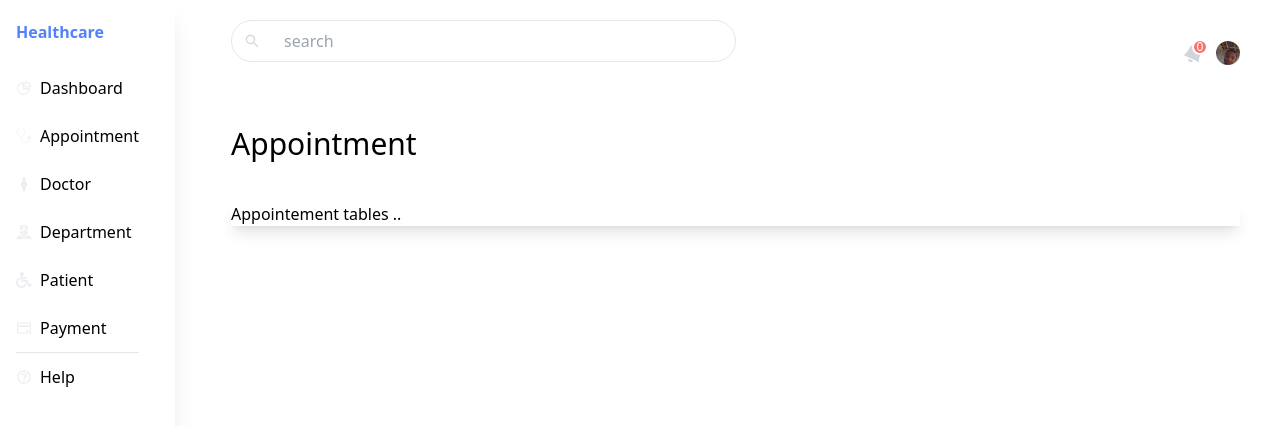
Repository: hisreal123/healthcare-dashboard
Page: /appointment
These files come from the project's save history. The page is drawn as it stood at one moment and after the next save; the edit follows.
The browser window is 1280 px wide. The pictures show the whole page.
The project was rebuilt for these pictures with package versions that can differ from the ones it lists, and the page was loaded fresh each time. Also part of the build but not shown: vite.config.ts, src/routes/Error.tsx, src/views/Dashboard.tsx, src/views/Doctor.tsx, src/views/Department.tsx, components/tables/PatientsTable.tsx, src/views/Patient.tsx, src/views/Payment.tsx and 1 more.

Above is the page before, as saved 2023-05-05 19:31:24.

### src/main.tsx
import React from 'react'
import ReactDOM from 'react-dom/client'
import App from './App.tsx'
import './index.css'


ReactDOM.createRoot(document.getElementById('root') as HTMLElement).render(
  <React.StrictMode>
    <App />
  </React.StrictMode>,
)

### src/App.tsx
import React from "react"
import {
  createBrowserRouter,
  RouterProvider,
} from "react-router-dom";
import Navigation from "../components/Navigation";
import Error from "./routes/Error";
import Dashboard from "./views/Dashboard";
import Appointment from "./views/Appointment";
import Doctor from "./views/Doctor";
import Department from "./views/Department";
import Patient from "./views/Patient";
import Payment from "./views/Payment";
import Help from "./views/Help";
import { Provider } from "react-redux";
import store from '../redux/store';

const router = createBrowserRouter([
  {
    path: "/",
    element: <Navigation />,
    errorElement: <Error />,

    children: [
      {
        path: "/dashboard",
        element: <Dashboard />,
      },
      {
        path: "/appointment",
        element: <Appointment />,
      },
      {
        path: "/doctor",
        element: <Doctor />,
      },
      {
        path: "/department",
        element: <Department />,
      },
      {
        path: "/patient",
        element: <Patient />,
      },
      {
        path: "/payment",
        element: <Payment />,
      },
      {
        path: "/help",
        element: <Help />,
      },
    ]

  }
]);



function App() {
  return (
    <Provider store={store}>
      <RouterProvider router={router} />
    </Provider>
  )
}

export default App

### components/Navigation.tsx
import { Outlet } from "react-router-dom";
import { list } from "../src/data/Links";

export default function Navigation() {

    return (
        <>
            <section className="flex space-x-4">
                <div id="sidebar" className="  h-screen shadow-xl group">
                    <div className="px-4 ">

                        {/* logo */}
                        <div >
                            <h1 className="py-5 text-[#5282FB] font-bold">Healthcare</h1>
                        </div>

                        {/* nav */}
                        <nav className="relative pr-5 ">
                            <ul className="relative">
                                {list.map((list, index) => {
                                    return (
                                        <li key={index} className="flex space-x-2 items-center py-3 last:border-t ">
                                            <span className="text-gray-200/70 text-md ">{list.icon}</span>
                                            <a href={`./${list.link}`} className="focus:text-[#5282FB] ">{list.name}</a>
                                        </li>
                                    )
                                })}
                            </ul>
                        </nav>
                    </div>
                </div>
                <div id="detail" className="relative w-full"><Outlet /></div>
            </section>
        </>
    );
}

### src/views/Appointment.tsx
import React from 'react'
import ProfileHeader from '../../components/holders/ProfileHeader'
import AppointmentTable from '../../components/tables/AppointementTable'

function Appointment() {
    return (
        <>
            <section
                className=" px-10 pt-5 w-full relative">
                <ProfileHeader />

                <main className="div mt-10">
                    <h1 className='lg:text-3xl'> Appointment</h1>
                    <AppointmentTable  />
                </main>
            </section>
        </>
    )
}

export default Appointment

### redux/store.js
import { configureStore } from "@reduxjs/toolkit";
import AppointmentReducer from "./slices/Appointment";
import patientsReducer from "./slices/Patient";



const store = configureStore({
    reducer : {
        appointments:  AppointmentReducer,
        patients:  patientsReducer,
    }
})


export default store

### src/data/Links.tsx
import { Home, BarChart2 } from 'react-feather';
import { GiStethoscope, GiPerson, GiNurseMale } from 'react-icons/gi'
import { FaWheelchair } from 'react-icons/fa'
import { AiOutlineCreditCard, AiOutlinePieChart } from 'react-icons/ai'
import { BiHelpCircle } from 'react-icons/bi'


type Class  = {
    id: number,
    icon: any,
    name:  string,
    link: string
}


export const list: Class[]= [
    {
        id: 1,
        icon: <AiOutlinePieChart />,
        name: 'Dashboard',
        link: './dashboard',
    },
    {
        id: 2,
        icon: <GiStethoscope />,
        name: 'Appointment',
        link: './Appointment',
    },
    {
        id: 3,
        icon: <GiPerson />,
        name: 'Doctor',
        link: './doctor',
    },
    {
        id: 4,
        icon: <GiNurseMale />,
        name: 'Department',
        link: './department',
    },
    {
        id: 5,
        icon: <FaWheelchair />,
        name: 'Patient',
        link: './patient',
    },
    {
        id: 6,
        icon: <AiOutlineCreditCard />,
        name: 'Payment',
        link: './payment',
    },
    {
        id: 7,
        icon: <BiHelpCircle />,
        name: 'Help',
        link: './help',
    },
]

### components/holders/ProfileHeader.tsx
import React from 'react'
import SearchBar from '../Misc/SearchBar'
import AddNew from '../Misc/AddButton'
import { BsFillBellFill } from 'react-icons/bs'



type ImageWrapperProp = {
    ImageWrapperStyle?: string
}
export const ImageWrapper = ({ ImageWrapperStyle }: ImageWrapperProp) => {
    return (
        <>
            <div className={` ${ImageWrapperStyle} cursor-pointer h-6 w-6 overflow-hidden rounded-full bg-black hover:h-6 hover:w-6`}>
                <img src='./profile.jpg' alt="" className='object-center ' />
            </div>
        </>
    )
}


export default function ProfileHeader() {

    const count = 0
    return (
        <>
            <section className='flex items-center justify-between relative w-full'>

                {/* left */}
                <div className="left w-1/2">
                    <SearchBar />
                    <AddNew title=''/>
                </div>

                {/* right */}
                <div className="right flex  items-center space-x-3">

                    <span className='relative group'>
                        <BsFillBellFill className=" cursor-pointer text-xl text-gray-300 rotate-[25deg] group-hover:text-gray-400" />
                        <span className=" cursor-pointer absolute -top-1 -right-1 text-xs text-white border-2 border-white  bg-red-400  group-hover:bg-red-600 rounded-full h-4 w-4  flex items-center  justify-center">
                            {count}
                        </span>
                    </span>


                    <ImageWrapper ImageWrapperStyle='' />
                </div>
            </section>
        </>
    )
}

### components/tables/AppointementTable.tsx
import React from 'react'



type AppointmentTableProps = {
    tableStyle?: string
}


export default function Appointement({ tableStyle }: AppointmentTableProps) {
    return (
        <>
            <section className={`${tableStyle} mt-10 bg-white shadow-lg`}>
                <h1> Appointement tables ..</h1>
            </section>
        </>
    )
}

### redux/slices/Appointment.js
import { createSlice } from "@reduxjs/toolkit";
import { sub } from "date-fns";

// const GENDER =  'M' || 'F',

// const userType = {
//     id: String,
//     name: String,
//     gender: String,
//     age: Number,
//     email:String
// }


const initialState = [

]



const appointmentsSlice = createSlice({
    name: 'appointments',
    initialState,
    reducers : {
        createAppointment (state, action ){
            state.push(action.payload)
        }
    }
})


export const createAppointment = appointmentsSlice.actions
export default appointmentsSlice.reducer

### redux/slices/Patient.js
import { createSlice } from "@reduxjs/toolkit";

const initialState = [
    {
        id:'1',
        image: '../profile.jpg',
        name: 'Lexis Alexandra',
        gender: 'M',
        age: 34,
        email: 'alex@gmail.com'
    },
    {
        id:'2',
        image: '../profile.jpg',
        name: 'Ronald Richard',
        gender: 'F',
        age: 40,
        email: 'Ronald@outlook.com'
    },
];

const patientsSlice = createSlice({
    name: 'patients',
    initialState,
    reducers: {
        addPatient(state, action) {
            state.push(action.payload);
        },
    },
});

export const selectAllPatient = (state) => state.patients;
export const { addPatient } = patientsSlice.actions;
export default patientsSlice.reducer;

### components/Misc/SearchBar.tsx
import React from 'react'
import { AiOutlineSearch } from 'react-icons/ai'

type SearchProps = {
    SearchStyle?: string
}

export default function SearchBar({ SearchStyle }: SearchProps) {
    const [name, setName] = React.useState('');



    const handleSearchClicked = (e: any) => {
        setName(e.target.value)
        console.log(name)
    }

    const handleFormSearch = (e: any) => {
        e.preventDefault()
        console.log(name)

        setName('')
    }
    return (
        <>
            <div className="search flex rounded-3xl overflow-hidden border items-center  ">
                <form className='flex items-center' onSubmit={handleFormSearch}>
                    <span className='px-3 relative'>
                        <AiOutlineSearch className="text-gray-300" onClick={handleSearchClicked} />
                    </span>
                    <input
                        type="text"
                        placeholder='search'
                        className={`${SearchStyle}  outline-none w-full py-2 pl-3 `}
                        aria-expanded
                        value={name}
                        onChange={handleSearchClicked}
                    />
                </form>
            </div>
        </>
    )
}

### components/Misc/AddButton.tsx
import React from 'react'

type AddButtonProps = { btnStyle: string, title: string }


export default function AddNew({ btnStyle, title }: AddButtonProps) {
    return (
        <button type='button' className={`${btnStyle} `}>
            {title}
        </button>
    )
}

### tailwind.config.js
/** @type {import('tailwindcss').Config} */
export default {
   content: [
    "./index.html",
    "./src/**/*.{js,ts,jsx,tsx}",
    "./components/**/*.{js,ts,jsx,tsx}",
  ],
  theme: {
    extend: {},
  },
  plugins: [],
}

Loaded but not shown: index.html (common file); src/index.css (common file)

After the next save:
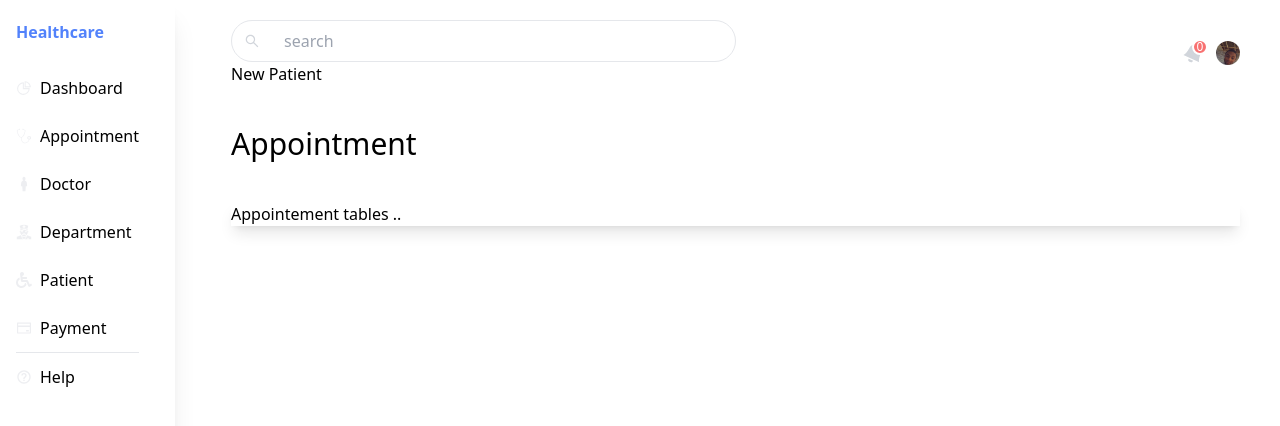
Saved 14 s later.
--- a/components/holders/ProfileHeader.tsx
+++ b/components/holders/ProfileHeader.tsx
@@ -29,7 +29,7 @@ export default function ProfileHeader() {
                 {/* left */}
                 <div className="left w-1/2">
                     <SearchBar />
-                    <AddNew title=''/>
+                    <AddNew title='New Patient' />
                 </div>
 
                 {/* right */}
